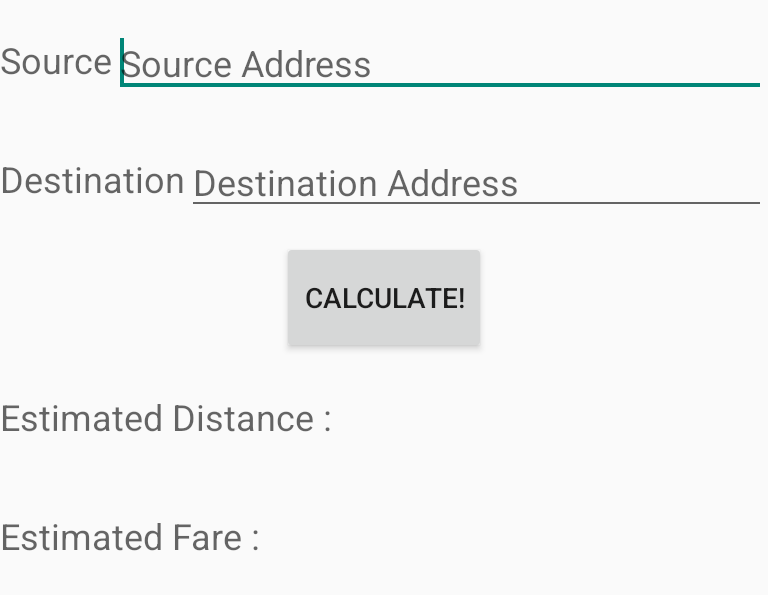
Repository: cravindra/autofareprototype
Layout: AutoFarePrototype/res/layout/activity_main.xml
These files come from the project's save history. The layout is drawn as it stood at one moment and after the next save; the edit follows.
The pictures show rows 685 to 1280 of an output 1280 px tall.
It is drawn on a 768 x 1280 px phone screen (xhdpi) without system bars, with theme AppTheme; the app's code is not run.

Above is the layout before, as saved 2014-07-16 19:56:44.

After the next save:
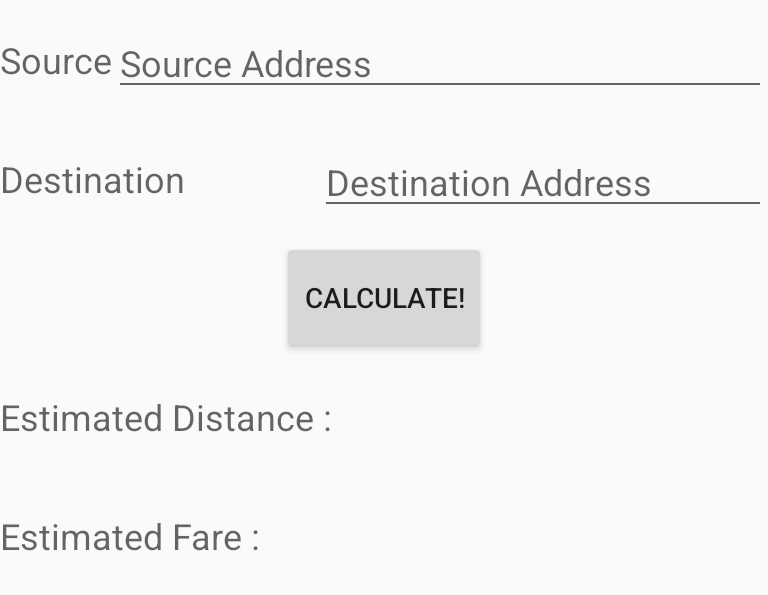
Saved 9 h 44 min later.
--- a/AutoFarePrototype/res/layout/activity_main.xml
+++ b/AutoFarePrototype/res/layout/activity_main.xml
@@ -24,7 +24,6 @@
         <LinearLayout
             android:layout_width="match_parent"
             android:layout_height="0dp"
-            android:layout_gravity="center"
             android:layout_weight="1"
             android:gravity="center"
             android:orientation="horizontal" >
@@ -38,15 +37,12 @@
 
             <EditText
                 android:id="@+id/et_src"
-                android:layout_width="174dp"
+                android:layout_width="170dp"
                 android:layout_height="wrap_content"
                 android:layout_weight="1"
                 android:ems="10"
                 android:hint="Source Address"
-                android:inputType="text" >
-
-                <requestFocus />
-            </EditText>
+                android:inputType="text" />
 
         </LinearLayout>
 
@@ -61,15 +57,15 @@
                 android:id="@+id/tv_dest"
                 android:layout_width="wrap_content"
                 android:layout_height="wrap_content"
-                android:layout_weight="0"
+                android:layout_weight="2"
                 android:text="@string/dest_string"
                 android:textAppearance="?android:attr/textAppearanceMedium" />
 
             <EditText
                 android:id="@+id/et_dest"
-                android:layout_width="match_parent"
+                android:layout_width="160dp"
                 android:layout_height="wrap_content"
-                android:layout_weight="1"
+                android:layout_weight="1.94"
                 android:ems="10"
                 android:hint="Destination Address"
                 android:inputType="text" />
